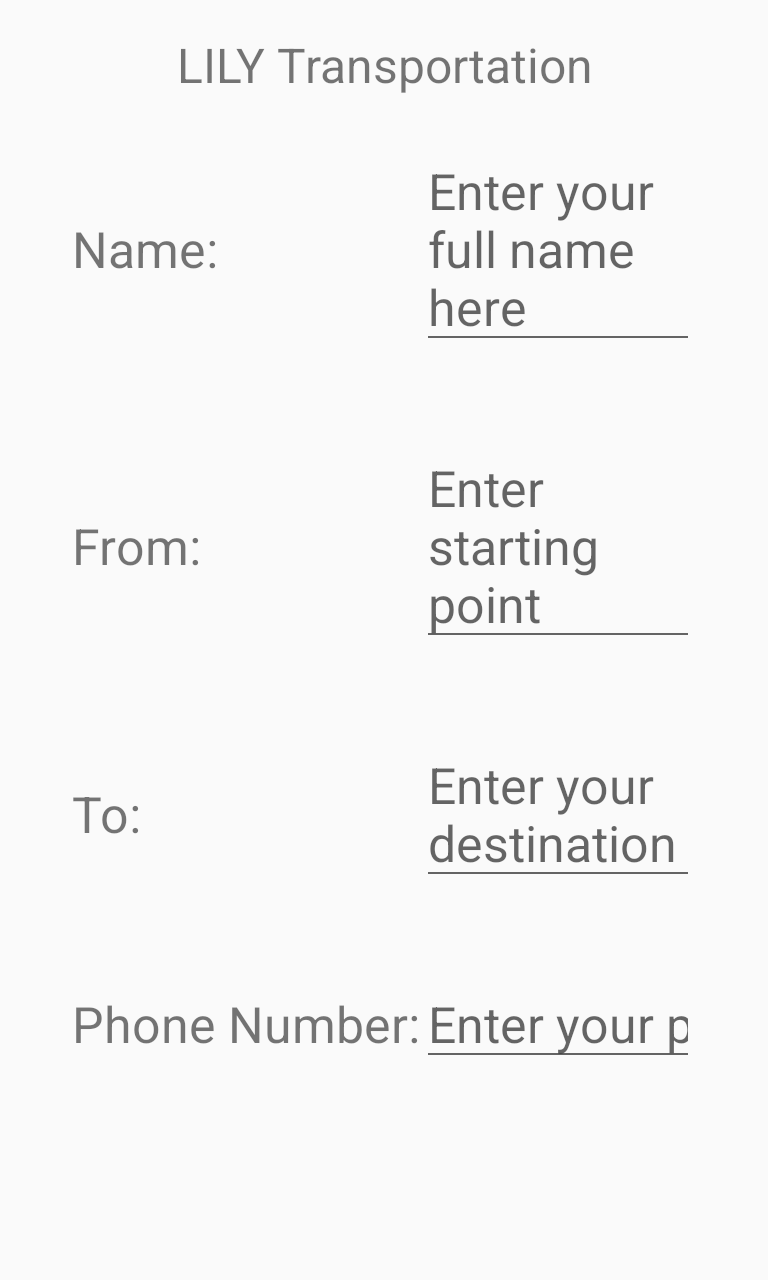
Repository: bwoldemi/LilyTrans
Layout: TransLily/res/layout/activity_main.xml
An editor plug-in stored every save of this project. The layout is shown before and after the next save, followed by the edit.
It is drawn on a 768 x 1280 px phone screen (xhdpi) without system bars, with theme AppTheme; the app's code is not run.

Above is the layout before, as saved 2014-09-20 10:32:27.

### TransLily/res/layout/activity_main.xml
<LinearLayout xmlns:android="http://schemas.android.com/apk/res/android"
    xmlns:tools="http://schemas.android.com/tools"
    android:layout_width="match_parent"
    android:layout_height="match_parent"
    android:paddingBottom="@dimen/activity_vertical_margin"
    android:paddingLeft="@dimen/activity_horizontal_margin"
    android:paddingRight="@dimen/activity_horizontal_margin"
    android:paddingTop="@dimen/activity_vertical_margin"
    tools:context="com.example.translily.MainActivity"
    android:orientation="vertical" >

    <TextView
        android:layout_width="fill_parent"
        android:layout_height="wrap_content"
        android:gravity="center"
        android:text="@string/lily"
        android:textSize="24sp"/>

    <TableLayout
        android:layout_width="match_parent"
        android:layout_height="match_parent" >

        <TableRow
            android:layout_width="wrap_content"
            android:layout_height="wrap_content"
            android:layout_margin="20sp" >

            <TextView
                android:layout_width="wrap_content"
                android:layout_height="wrap_content"
                android:text="@string/senior_name"
                android:textSize="25sp" />

            <EditText
                android:id="@+id/name"
                android:layout_width="0dp"
                android:layout_height="wrap_content"
                android:layout_weight="1"
                android:hint="@string/typein_name"
                android:textSize="25sp" />
        </TableRow>

        <TableRow
            android:layout_width="wrap_content"
            android:layout_height="wrap_content"
            android:layout_margin="20sp" >

            <TextView
                android:layout_width="wrap_content"
                android:layout_height="wrap_content"
                android:text="@string/starting_point"
                android:textSize="25sp" />

            <EditText
                android:id="@+id/from"
                android:layout_width="0dp"
                android:layout_height="wrap_content"
                android:layout_weight="1"
                android:hint="@string/starting_location"
                android:textSize="25sp" />
        </TableRow>

        <TableRow
            android:layout_width="wrap_content"
            android:layout_height="wrap_content"
            android:layout_margin="20sp" >

            <TextView
                android:layout_width="wrap_content"
                android:layout_height="wrap_content"
                android:text="@string/destination_point"
                android:textSize="25sp" />

            <EditText
                android:id="@+id/to"
                android:layout_width="0dp"
                android:layout_height="wrap_content"
                android:layout_weight="1"
                android:hint="@string/ending_location"
                android:textSize="25sp" />
        </TableRow>

        <TableRow
            android:layout_width="wrap_content"
            android:layout_height="wrap_content"
            android:layout_margin="20sp" >

            <TextView
                android:layout_width="wrap_content"
                android:layout_height="wrap_content"
                android:text="@string/contact_info"
                android:textSize="25sp" />

            <EditText
                android:id="@+id/phoneNumber"
                android:inputType="phone"
                android:layout_width="0dp"
                android:layout_height="wrap_content"
                android:layout_weight="1"
                android:hint="@string/phone_number"
                android:textSize="25sp" />
        </TableRow>

      <!--   <TableRow
            android:layout_width="match_parent"
            android:layout_height="match_parent"
            android:layout_margin="20sp"
            android:gravity="center_horizontal" >

            <Button
                android:layout_width="match_parent"
                android:layout_height="match_parent"
                android:onClick="showTimePickerDialog"
                android:text="@string/pick_time"
                android:layout_marginRight="5sp"
                android:textSize = "25sp" />

            <Button
                android:layout_width="match_parent"
                android:layout_height="wrap_content"
                android:onClick="showDatePickerDialog"
                android:text="@string/pick_date" />
        </TableRow> -->

      <!--   <TableRow
            android:layout_width="wrap_content"
            android:layout_height="wrap_content"
            android:layout_margin="20sp"
            android:gravity="center_horizontal" >

            <Button
                android:layout_width="wrap_content"
                android:layout_height="wrap_content"
                android:onClick="askForRide"
                android:text="@string/button_askride" />

            <Button
                android:layout_width="wrap_content"
                android:layout_height="wrap_content"
                android:onClick="offerRide"
                android:text="@string/button_offerride" />
        </TableRow> -->
    </TableLayout>

</LinearLayout>

### TransLily/res/values/strings.xml
<?xml version="1.0" encoding="utf-8"?>
<resources>

    <string name="app_name">TransLily</string>
    <string name="hello_world">Hello world!</string>
    <string name="action_settings">Settings</string>
    <string name="lily">LILY Transportation </string>
     <string name="starting_point">From: </string>
    <string name="starting_location">Enter starting point</string>
    <string name="destination_point">To: </string>
    <string name="ending_location">Enter your destination</string>
    <string name="senior_name"> Name: </string>
    <string name="typein_name"> Enter your full name here</string>
    <string name="contact_info"> Phone Number: </string>
    <string name="phone_number"> Enter your phone number here</string>
    <string name="button_askride"> Ask for ride</string>
    <string name="button_offerride"> Offer ride</string>
    <string name="pick_time"> Pick time </string>
    <string name="pick_date"> Pick date </string>
    <string name="title_activity_ask_ride">AskRideActivity</string>

</resources>

Loaded but not shown: TransLily/res/values/styles.xml (common file); TransLily/res/values-v11/styles.xml (common file); TransLily/res/values-v14/styles.xml (common file); TransLily/res/values/dimens.xml (common file); TransLily/res/values-w820dp/dimens.xml (common file)

After the next save:
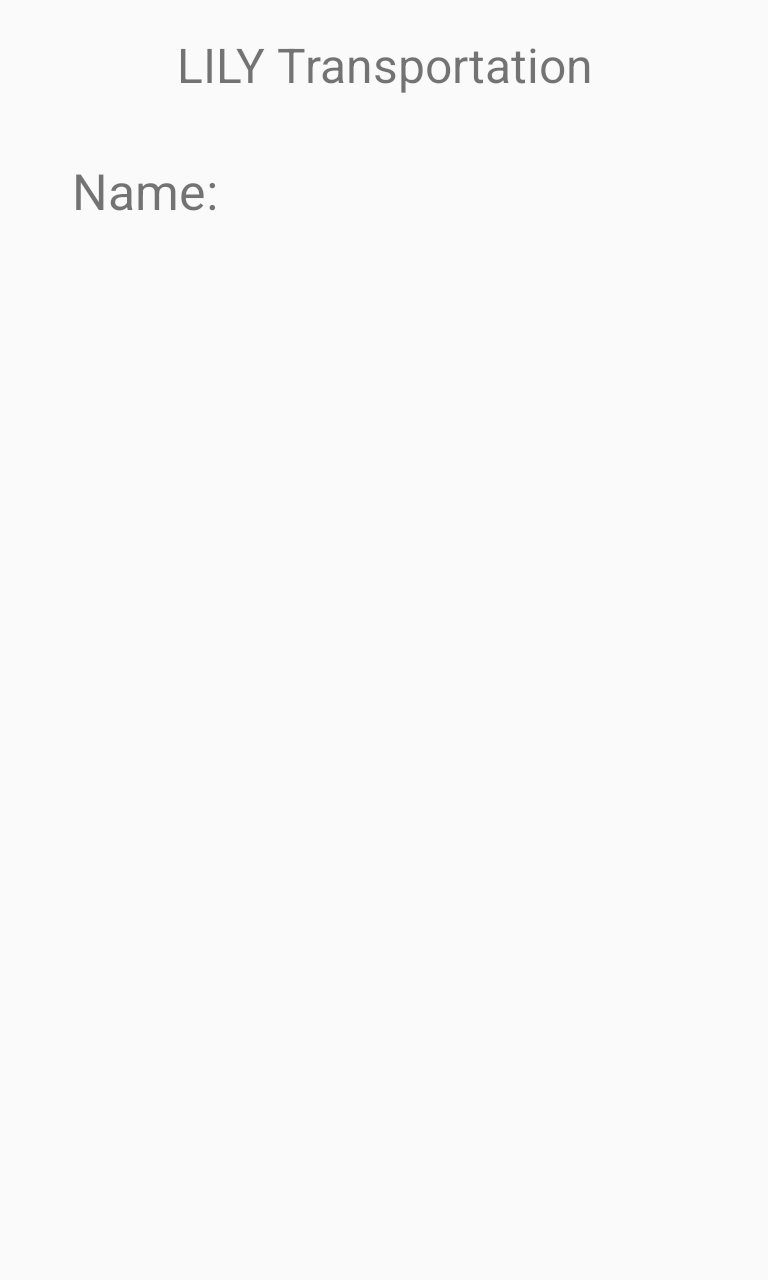
Saved 4 min 30 s later.
--- a/TransLily/res/layout/activity_main.xml
+++ b/TransLily/res/layout/activity_main.xml
@@ -17,8 +17,8 @@
         android:textSize="24sp"/>
 
     <TableLayout
-        android:layout_width="match_parent"
-        android:layout_height="match_parent" >
+        android:layout_width="wrap_content"
+        android:layout_height="wrap_content" >
 
         <TableRow
             android:layout_width="wrap_content"

After the save that followed:
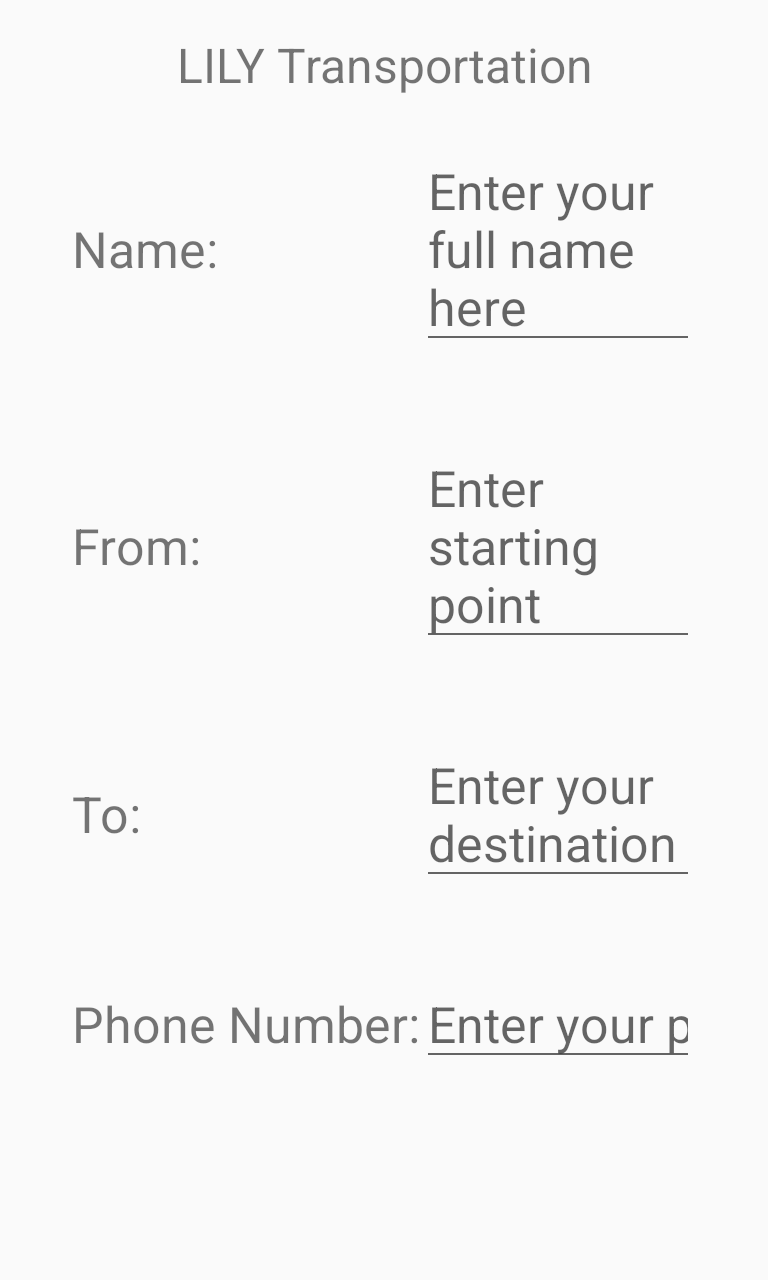
Saved 6 min 41 s later.
--- a/TransLily/res/layout/activity_main.xml
+++ b/TransLily/res/layout/activity_main.xml
@@ -17,7 +17,7 @@
         android:textSize="24sp"/>
 
     <TableLayout
-        android:layout_width="wrap_content"
+        android:layout_width="fill_parent"
         android:layout_height="wrap_content" >
 
         <TableRow
